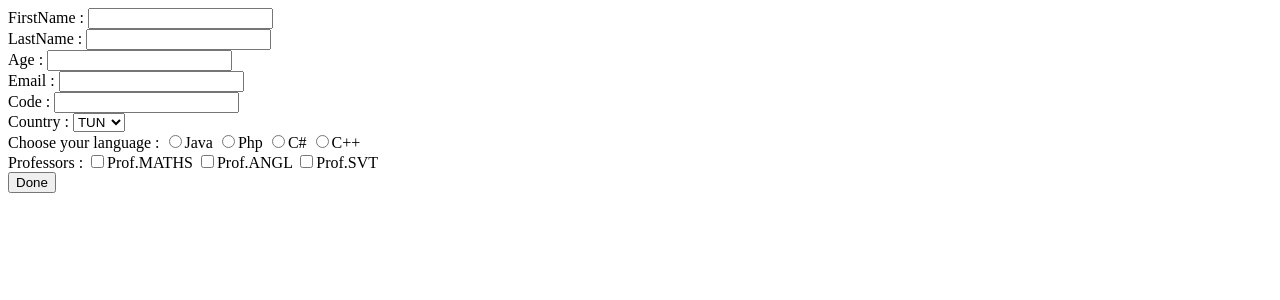
Repository: rahmi45/Spring-MVC
Page: http://localhost/Spring-MVC/studentMvcTags/accountMvcTags
These files come from the project's save history. The page is drawn as it stood at one moment and after the next save; the edit follows.
The browser window is 1280 px wide. The pictures show the whole page.
The page is served by Tomcat 9. The template is opened directly, without the code that normally fills it, so the values that code supplies are empty.

Above is the page before, as saved 2022-01-15 19:00:16.

After the next save:
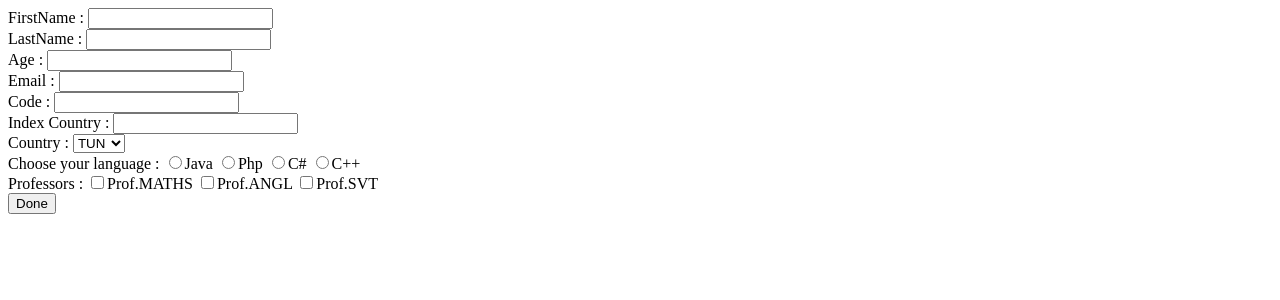
Saved 90 s later.
--- a/Spring-MVC/WebContent/WEB-INF/view/student-front-mvc-tags/studentAccount.jsp
+++ b/Spring-MVC/WebContent/WEB-INF/view/student-front-mvc-tags/studentAccount.jsp
@@ -30,6 +30,9 @@
 		Code     : <f:input path="code"/>
 		<f:errors path="code" cssClass="error"/>
 		<br>
+		Index Country     : <f:input path="code"/>
+		<f:errors path="code" cssClass="error"/>
+		<br>
 		Country   :
 		<f:select path="country">
 			<f:options items="${student.countryOptions}"/>
